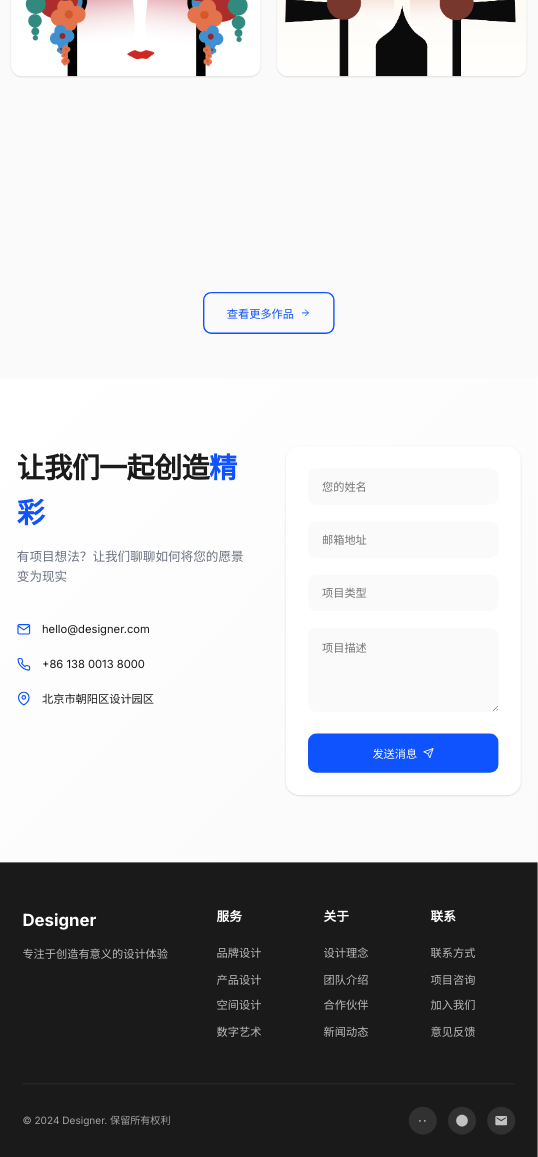
Repository: Nanzhexi/zhexi.github.io
Page: index.html
The author's editor kept a copy of each file at every save. The page is drawn from the files as they stood at one save, then again after the next save.
The browser window is 768 px wide. The pictures show the part of the page from y = 1880 to 4120 px (the page is 3533 px tall before and 4120 px after), at 70% of full size.

Above is the page before, as saved 2025-07-03 03:37:30.

After the next save:
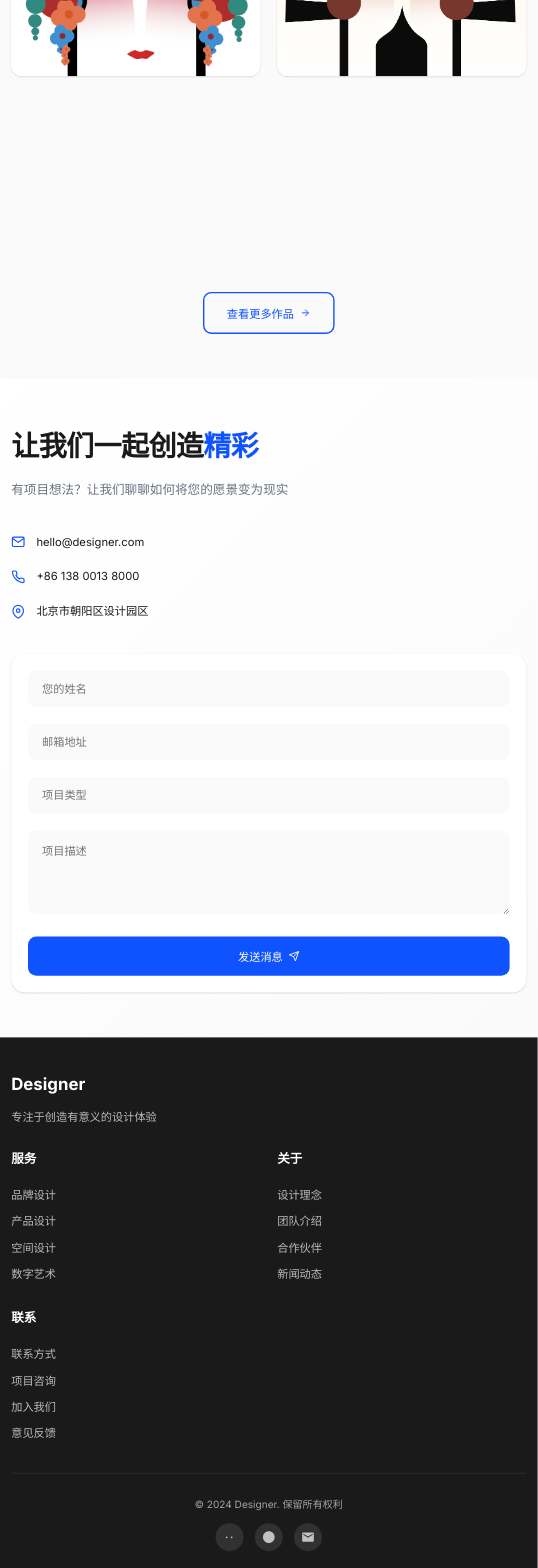
Saved 15 s later.
--- a/css/index.css
+++ b/css/index.css
@@ -692,6 +692,40 @@
     .portfolio-info p {
         font-size: 0.9rem;
     }
+
+    .contact {
+        padding: 4rem 1rem;
+    }
+
+    .contact-content {
+        grid-template-columns: 1fr;
+        gap: 3rem;
+    }
+
+    .contact-form {
+        padding: 1.5rem;
+    }
+
+    .footer {
+        padding: 3rem 1rem 1.5rem;
+    }
+
+    .footer-content {
+        grid-template-columns: 1fr;
+        gap: 2rem;
+        margin-bottom: 2rem;
+    }
+
+    .footer-links {
+        grid-template-columns: repeat(2, 1fr);
+        gap: 1.5rem;
+    }
+
+    .footer-bottom {
+        flex-direction: column;
+        gap: 1rem;
+        text-align: center;
+    }
 }
 
 @media (max-width: 480px) {
